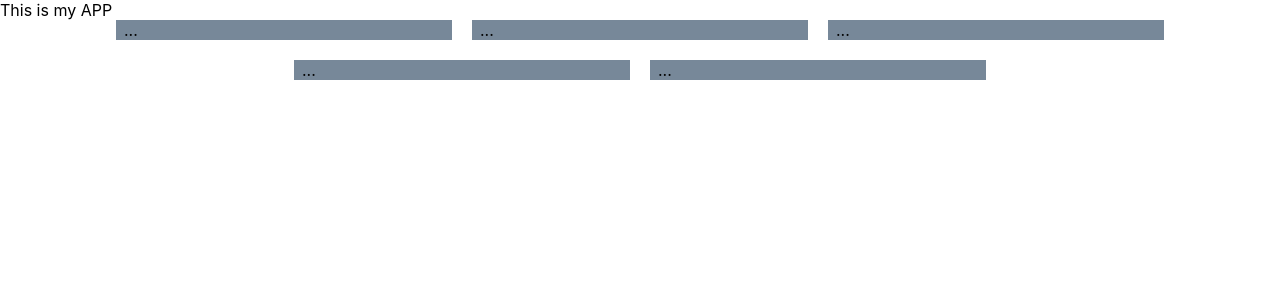
Repository: vnevescode/ui-components-react
Page: /
The author's editor kept a copy of each file at every save. The page is drawn from the files as they stood at one save, then again after the next save.
The browser window is 1280 px wide. The pictures show the whole page.
The project was rebuilt for these pictures with package versions that can differ from the ones it lists, and the page was loaded fresh each time.

Above is the page before, as saved 2022-06-09 22:16:50.

### src/App.js
import React from 'react';
import Cards from './components/Cards/Cards';

function App() {
  return (
    <div className="App">
      <div>This is my APP</div>
      <Cards/>
    </div>
  );
}

export default App;

### src/components/Cards/Cards.jsx
import React from 'react'
import './Cards.style.css'

const Cards = () => {
  return (
    <>
        <div className="cards">
            {/* A card with given width */}
            <div className="cards__item">
                {'...'}
            </div>
            {/* Repeat other cards */}
            <div className="cards__item">
                {'...'}
            </div>
            <div className="cards__item">
                {'...'}
            </div>
            <div className="cards__item">
                {'...'}
            </div>
            <div className="cards__item">
                {'...'}
            </div>
        </div>
    </>
  )
}

export default Cards

### src/components/Cards/Cards.style.css

.cards{
    display: flex;
    /* flex-direction: column; */
    justify-content: center;
    flex-wrap: wrap;
    gap: 20px;
    width: 100%;
}

.cards__item{
    flex-basis: 25%;
    padding-left: 8px;
    padding-right: 8px;
    background-color: lightslategray;
}

Loaded but not shown: public/index.html (common file); src/index.js (common file); src/index.css (common file)

After the next save:
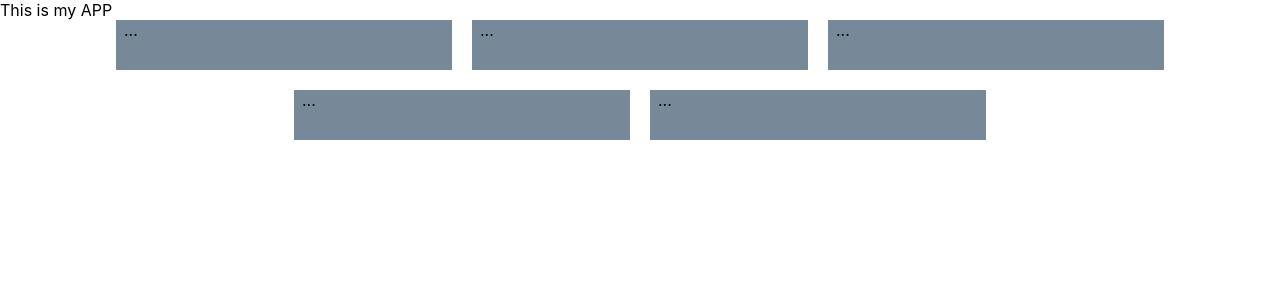
Saved 28 s later.
--- a/src/components/Cards/Cards.style.css
+++ b/src/components/Cards/Cards.style.css
@@ -9,6 +9,8 @@
 }
 
 .cards__item{
+    width: 50px;
+    height: 50px;
     flex-basis: 25%;
     padding-left: 8px;
     padding-right: 8px;
